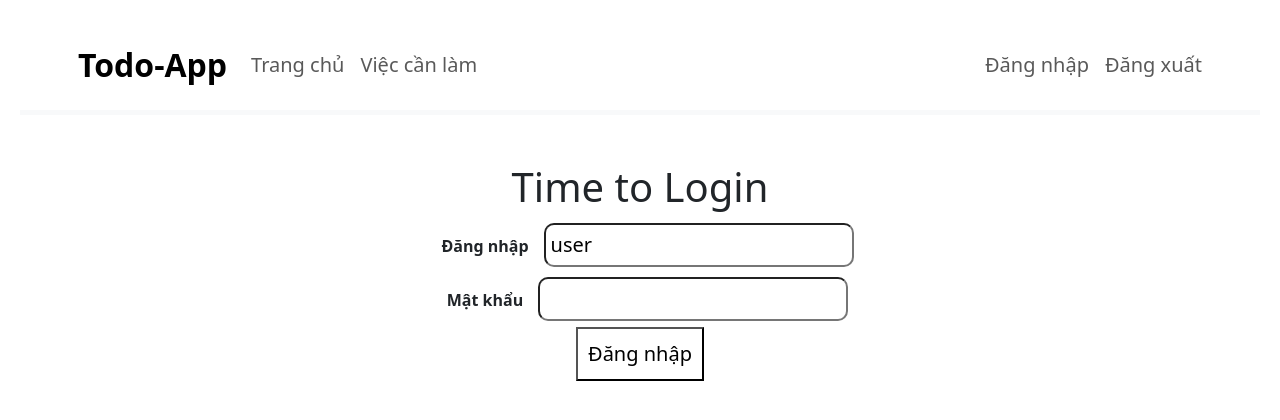
Repository: Nqvinh7603/ToDo-Management-App
Page: /
These files come from the project's save history. The page is drawn as it stood at one moment and after a run of saves; the edit follows.
The browser window is 1280 px wide. The pictures show the whole page.
The project was rebuilt for these pictures with package versions that can differ from the ones it lists, and the page was loaded fresh each time. Also part of the build but not shown: vite.config.js, src/todo/component/LogoutComponent.jsx, src/todo/component/FooterComponent.jsx, src/todo/component/ListTodosComponent.jsx, src/todo/component/ErrorComponent.jsx, src/todo/component/WelcomeComponent.jsx.

Above is the page before, as saved 2024-01-13 12:16:53.

After the next 2 saves:
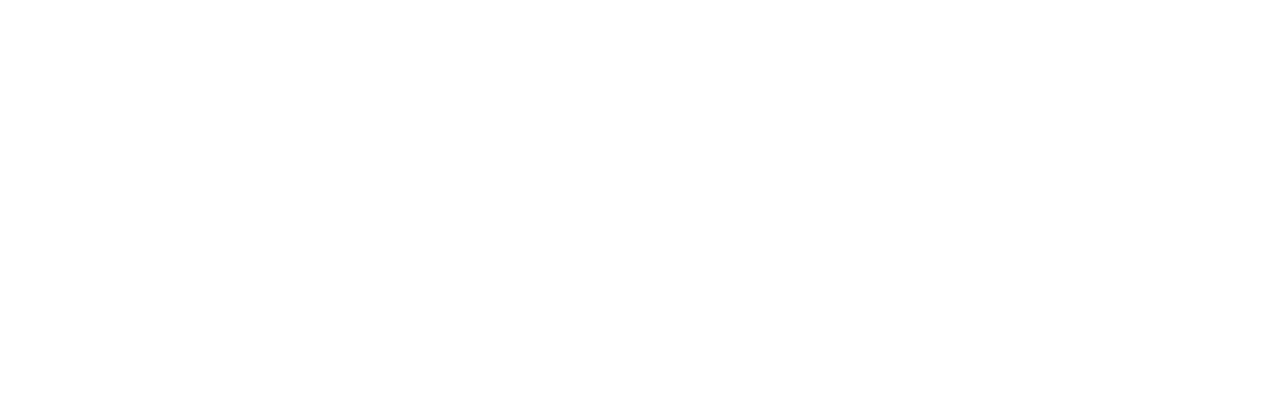
Console error: ReferenceError: useAuth is not defined
The 2 saves are shown as one change because 1 did not build or start.
The last was saved 86 s later.
--- a/src/todo/component/HeaderComponent.jsx
+++ b/src/todo/component/HeaderComponent.jsx
@@ -3,7 +3,8 @@
 import { AuthContext } from '../security/AuthContext';
 
 const HeaderComponent = () => {
-    const authContext = useContext(AuthContext);
+    //const authContext = useContext(AuthContext);
+    const authContext = useAuth()
     return (
         <header className="border-bottom border-light border-5 mb-5 p-2">
     <div className="container">

After the save that followed:
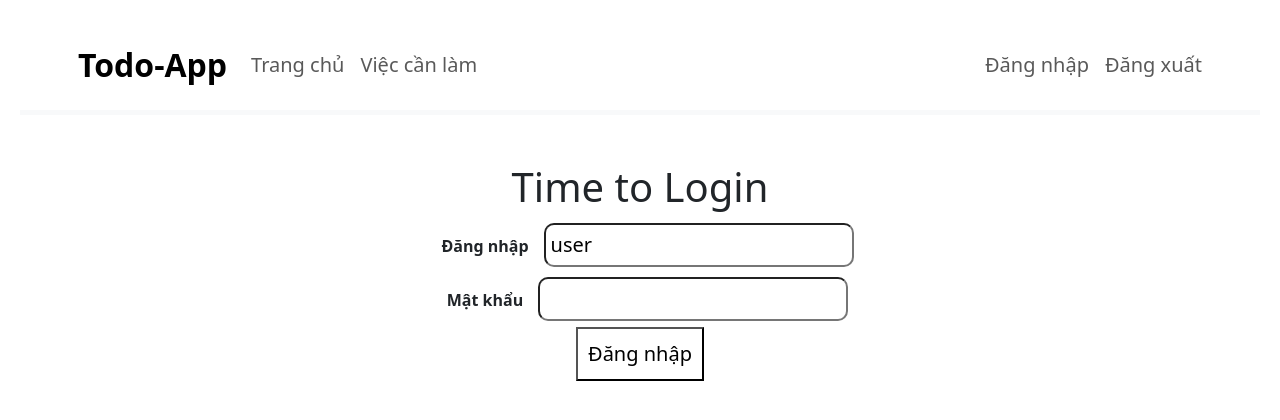
The error is gone.
Saved 26 s later.
--- a/src/todo/component/HeaderComponent.jsx
+++ b/src/todo/component/HeaderComponent.jsx
@@ -1,10 +1,10 @@
 import React, { useContext } from 'react';
 import { Link } from 'react-router-dom';
-import { AuthContext } from '../security/AuthContext';
+import { AuthContext, useAuth } from '../security/AuthContext';
 
 const HeaderComponent = () => {
     //const authContext = useContext(AuthContext);
-    const authContext = useAuth()
+    const authContext = useAuth();
     return (
         <header className="border-bottom border-light border-5 mb-5 p-2">
     <div className="container">
